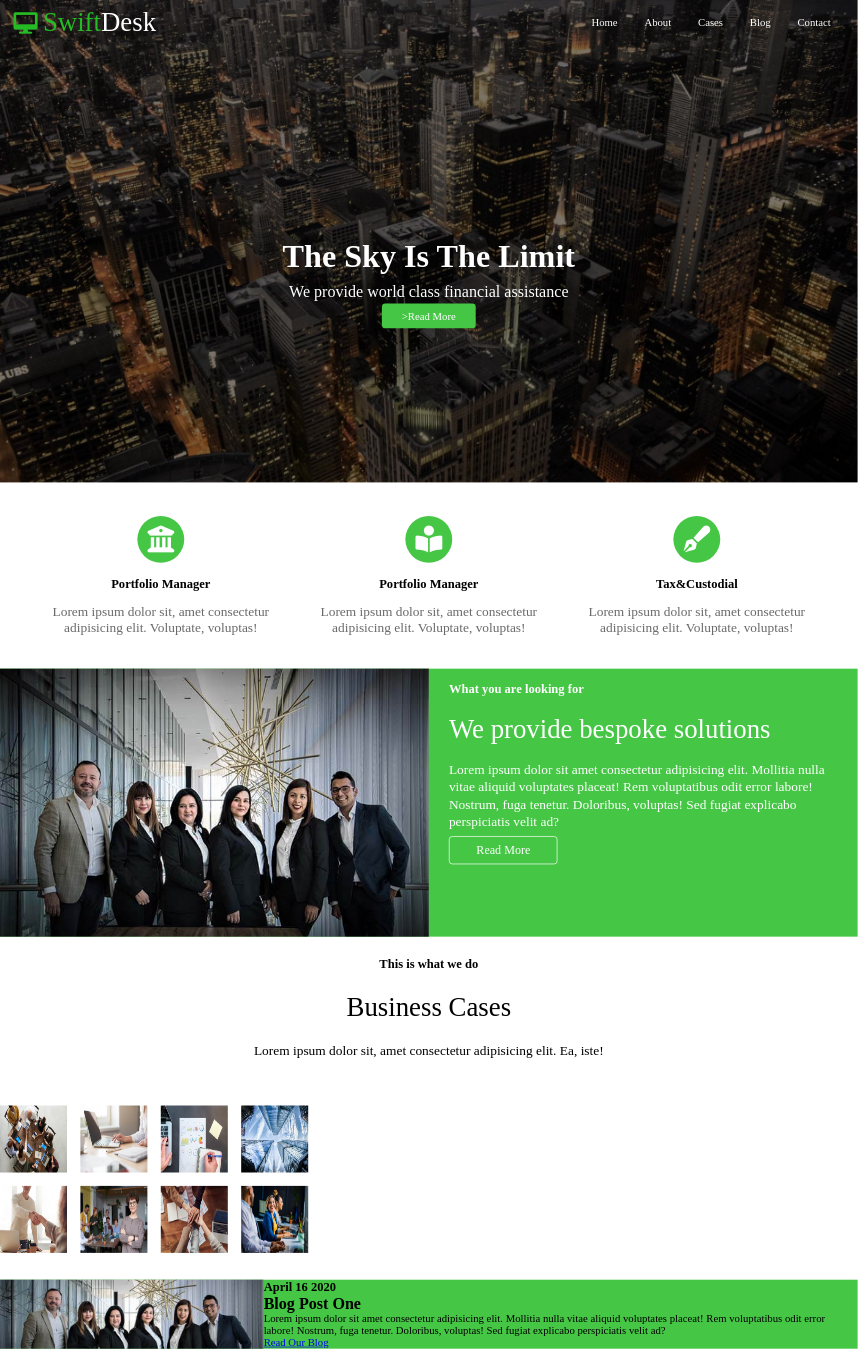
Repository: reemoon-ctrl/swiftdisk-Website-Flexbox
Page: index.html
The author's editor kept a copy of each file at every save. The page is drawn from the files as they stood at one save, then again after the next save.
The browser window is 1280 px wide. The pictures show the whole page, at 67% of full size.

Above is the page before, as saved 2024-07-27 09:48:43.

### index.html
<!DOCTYPE html>
<html lang="en">
<head>
    <meta charset="UTF-8">
    <meta name="viewport" content="width=device-width, initial-scale=1.0">
    <title>
        Swift Desk
    </title>
    <link rel="stylesheet" href="https://cdnjs.cloudflare.com/ajax/libs/font-awesome/6.0.0-beta3/css/all.min.css">

    <link rel="stylesheet" href="index.css">
</head>
<body>
    <div class="show-case">
        <header>
            <div class="nav-bar">
                <div class="title-bar">
                    <i class="fas fa-desktop fa-2x" style="color: rgb(37, 187, 37)"></i>
                    <h1 class="title"><span class="fword"> Swift</span>Desk</h1>
                </div>
                <div class="link-bar">
                    <a href="">Home</a>
                    <a href="#about">About</a>
                    <a href="">Cases</a>
                    <a href="">Blog</a>
                    <a href="">Contact</a>
                </div>
            </div>
        </header>
        <header class="hd-content">
            <h1>The Sky Is The Limit</h1>
            <p>We provide world class financial assistance
            </p>
            <a href="">>Read More</a>

        </header>

    </div>
    <main>
        <div class="about-section">
            <ul id="about"class="about-srvice" >
                <li><i class="fas fa-university " ></i>
                    <h3>Portfolio Manager</h3>
                    <p>Lorem ipsum dolor sit, amet consectetur adipisicing elit. Voluptate, voluptas!</p>
                </li>
                <li><i class="fas fa-book-open-reader " ></i>
                    <h3>Portfolio Manager</h3>
                    <p>Lorem ipsum dolor sit, amet consectetur adipisicing elit. Voluptate, voluptas!</p></li>
                <li><i class="fas fa-pen-fancy " ></i>
                    <h3>Tax&Custodial</h3>
                    <p>Lorem ipsum dolor sit, amet consectetur adipisicing elit. Voluptate, voluptas!</p></li>
            </ul>
        </div>
        <div>
            <div class="solutions">
                <div class="img"></div>
                <div class="solution-content">
                    <h3>What you are looking for</h3>
                    <h2>We provide bespoke solutions</h2>
                    <p>Lorem ipsum dolor sit amet consectetur
                        adipisicing elit. Mollitia nulla vitae aliquid voluptates placeat! Rem voluptatibus odit error labore! Nostrum, fuga tenetur. Doloribus, voluptas! Sed
                        fugiat explicabo perspiciatis velit ad?</p>
                    <a href="index.html">Read More</a>
                 </div>
            </div>
        </div>
        <div class="Business-case">
            <div class="Business-case-content">
                <h3>This is what we do</h3>
                <h2>Business Cases</h2>
                <p>Lorem ipsum dolor sit, amet consectetur
                     adipisicing elit. Ea, iste!</p>
            </div>
            <div class="BC-image">
                <img class="BCimg BCimg1" src="/img/cases/cases1.jpg" alt="">
                <img  class="BCimg BCimg2" src="/img/cases/cases2.jpg" alt="">
                <img class="BCimg BCimg3" src="/img/cases/cases3.jpg" alt="">
                <img class="BCimg BCimg4" src="/img/cases/cases4.jpg" alt="">
                <img class="BCimg BCimg5" src="/img/cases/cases5.jpg" alt="">
                <img class="BCimg BCimg6" src="/img/cases/cases6.jpg" alt="">
                <img class="BCimg BCimg7" src="/img/cases/cases7.jpg" alt="">
                <img class="BCimg BCimg8" src="/img/cases/cases8.jpg" alt="">
            </div>
        </div>

        <div>
            <div class="blog">
                <div class="img"></div>
                <div class="blog-content">
                    <h3>April 16 2020</h3>
                    <h2>Blog Post One</h2>
                    <p>Lorem ipsum dolor sit amet consectetur
                        adipisicing elit. Mollitia nulla vitae aliquid voluptates placeat! Rem voluptatibus odit error labore! Nostrum, fuga tenetur. Doloribus, voluptas! Sed
                        fugiat explicabo perspiciatis velit ad?</p>
                    <a href="index.html">Read Our Blog</a>
                 </div>
            </div>
        </div>

    </main>


</body>
</html>

### index.css
*{
    box-sizing: border-box;
    margin: 0;
    padding: 0;
}
body{

}
.nav-bar{
    display: flex;
    justify-content:space-between ;
    padding: 10px 20px;
    color:#fff;




}
.title-bar{
    align-items: center;
    flex-grow: 1;
    display: flex;
    gap:.5rem;


}
.title-bar h1{
    display:inline-block;
    font-size:2.5rem;
    font-weight: 400;
}

.link-bar{

    /* flex-grow:1 ; */
    align-self: center;
    display: flex;
}
.link-bar a{
    padding: 10px 20px;
    color:#fff;
    text-decoration: none;


}
.link-bar a:hover{
    border-bottom: 1px #25bb25 solid;
}
.fword{
    color:#25bb25;
}
.show-case{
   height:100vh;
   text-align: center;
   color:#fff;

   background:  url('img/home/showcase.jpg') no-repeat center center/cover ;
}
.hd-content{
    padding-top: 18rem;
}
.hd-content h1{
    font-size: 3rem;
}
.hd-content p{
    font-size: 1.5rem;
    padding-top: .8rem;
    padding-bottom: .8rem;
}
.hd-content a{
    color: #fff;
    background:#45c745 ;
    padding: 10px 30px;
    border-radius: 5px;
    text-decoration: none;
    text-align: center;
}
.about-section ul{
    display: flex;
    list-style: none;
    gap: 20px;

}
.about-srvice{
    padding: 50px ;
}
.about-srvice li{
    text-align: center;
}
.about-srvice li i{
    background-color: rgb(69, 199, 69);
    color:#fff;
    width:70px;
    height: 70px;
    border-radius: 70px;
    font-size: 40px;
    padding-top:15px ;


}
.about-srvice li h3{
    padding-top: 20px;
}
.about-srvice li p{
    padding-top: 20px;
    font-size: 20px;
    color: dimgrey;
}

.solutions{
    display:flex;
    background: #45c745;

}
.img{
    width:50%;
    background: url('/img/home/people.jpg') center center/cover no-repeat;

}
.solution-content{
    color:#fff;
    padding:20px 30px;
}
.solution-content{
    height:25rem;
    width: 50%;
}
.solution-content h2{
    font-size: 40px;
    font-weight: 500;
    padding: 1.5rem 0px;
}
.solution-content p{
    font-size: 20px;
    line-height: 1.3;
    margin-bottom: 20px;
}
.solution-content a{
    padding: 10px 40px;
    border: 1px solid;
    color:#fff;
    text-decoration: none;
    border-radius: 5px;
    font-size: 18px;

}
.Business-case{
    width: 100vw;
}
.Business-case-content{
    text-align: center;
    padding-left: 30px;
    padding-right: 30px;
}
.Business-case-content h3{
    padding: 30px 0px;
}
.Business-case-content h2{
   padding-bottom: 30px;
    font-size: 40px;
    font-weight: 500;
}
.Business-case-content p{
    padding-bottom: 30px;
    font-size: 20px;
}
.BC-image{
    display: grid;
    grid-template-columns:100px 100px 100px 100px ;
   gap: 20px;
   padding: 40px 0px;
}
.BCimg{
    width: 100px;
    height:100px;

}
/* //////////////////////////////////// */
.blog{
    display:flex;
    background: #45c745;

}
.img{
    width:50%;
    background: url('/img/home/people.jpg') center center/cover no-repeat;

}
.solution-content{
    color:#fff;
    padding:20px 30px;
}
.solution-content{
    height:25rem;
    width: 50%;
}
.solution-content h2{
    font-size: 40px;
    font-weight: 500;
    padding: 1.5rem 0px;
}
.solution-content p{
    font-size: 20px;
    line-height: 1.3;
    margin-bottom: 20px;
}
.solution-content a{
    padding: 10px 40px;
    border: 1px solid;
    color:#fff;
    text-decoration: none;
    border-radius: 5px;
    font-size: 18px;

}

After the next save:
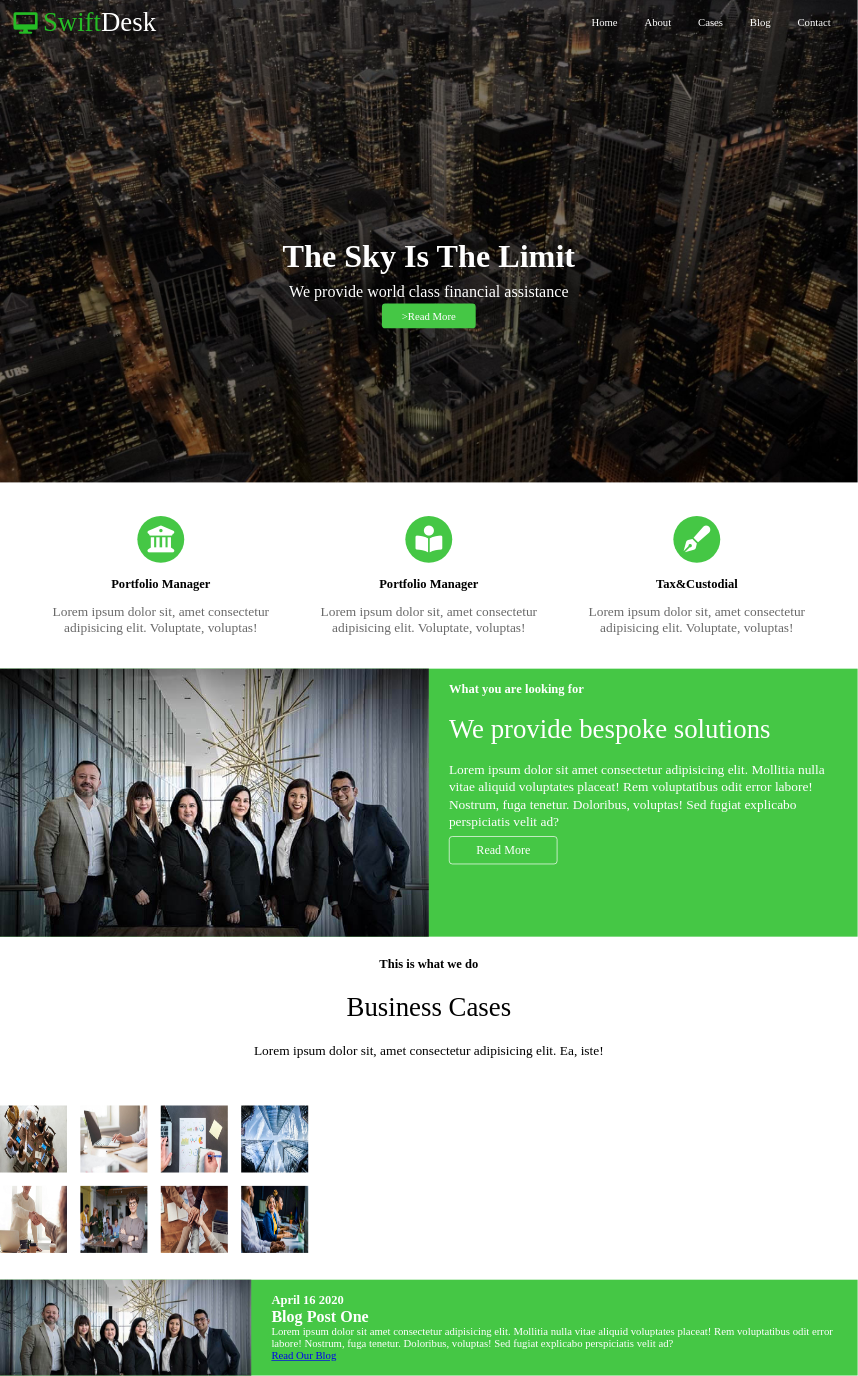
Saved 12 s later.
--- a/index.css
+++ b/index.css
@@ -186,7 +186,7 @@
     background: url('/img/home/people.jpg') center center/cover no-repeat;
 
 }
-.solution-content{
+.blog-content{
     color:#fff;
     padding:20px 30px;
 }

After the save that followed:
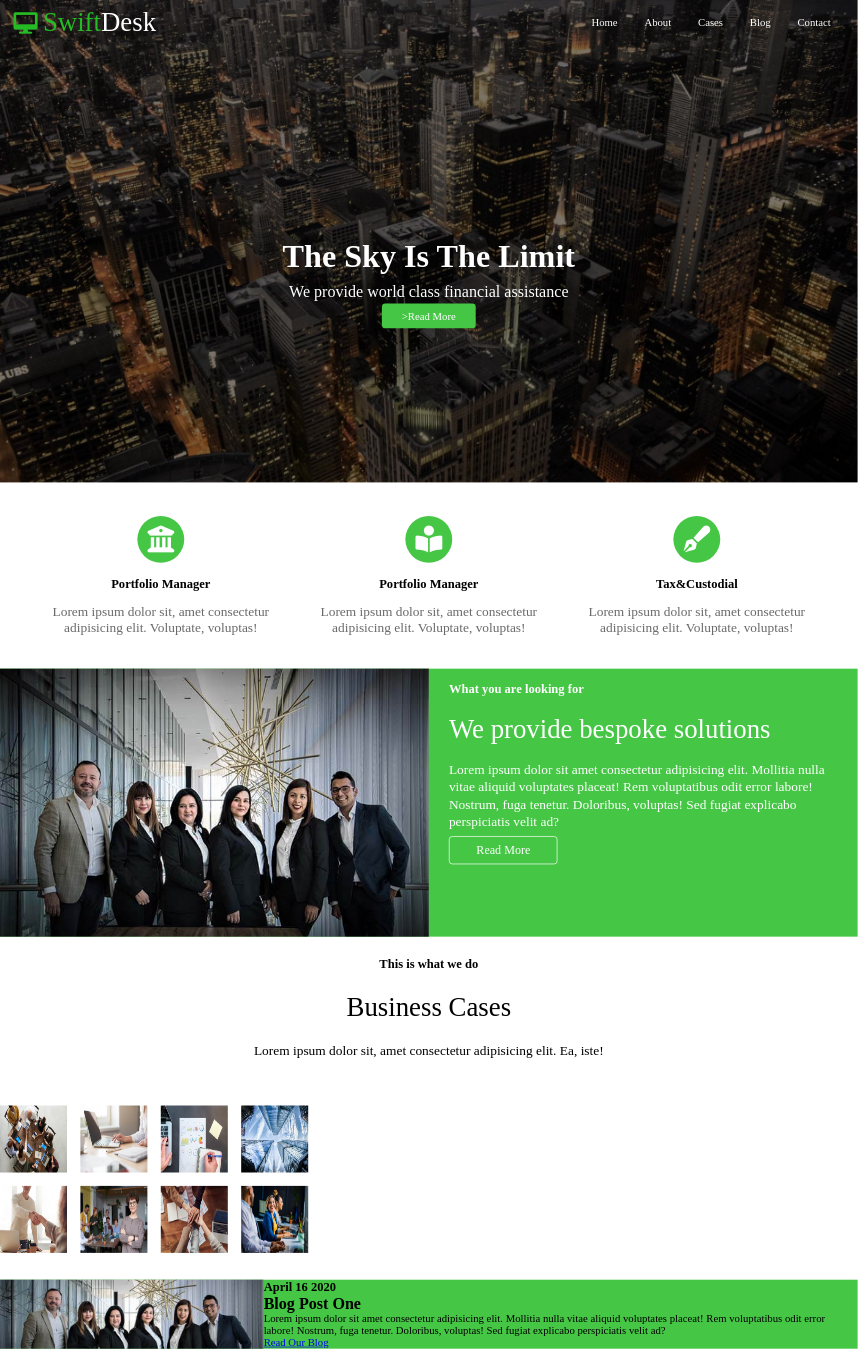
Saved 7 s later.
--- a/index.css
+++ b/index.css
@@ -186,7 +186,7 @@
     background: url('/img/home/people.jpg') center center/cover no-repeat;
 
 }
-.blog-content{
+.solution-content{
     color:#fff;
     padding:20px 30px;
 }
